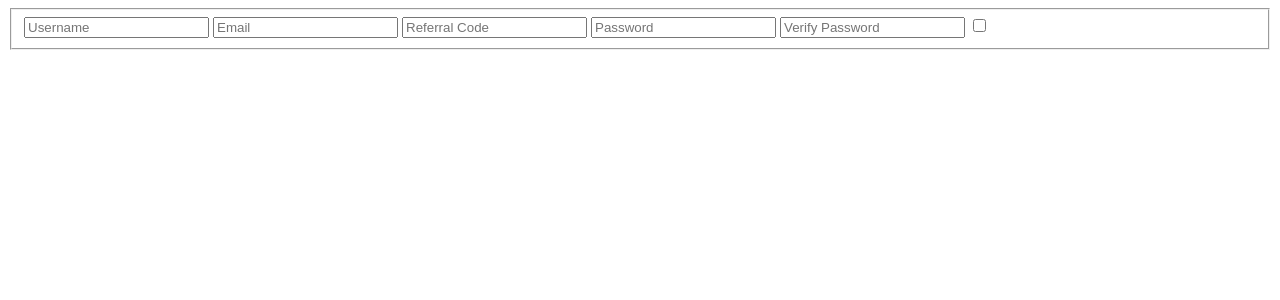
Repository: Malcolmt129/COSC484-assignment1
Page: tueats.html
These files come from the project's save history. The page is drawn as it stood at one moment and after the next save; the edit follows.
The browser window is 1280 px wide. The pictures show the whole page.

Above is the page before, as saved 2023-02-08 15:38:52.

After the next save:
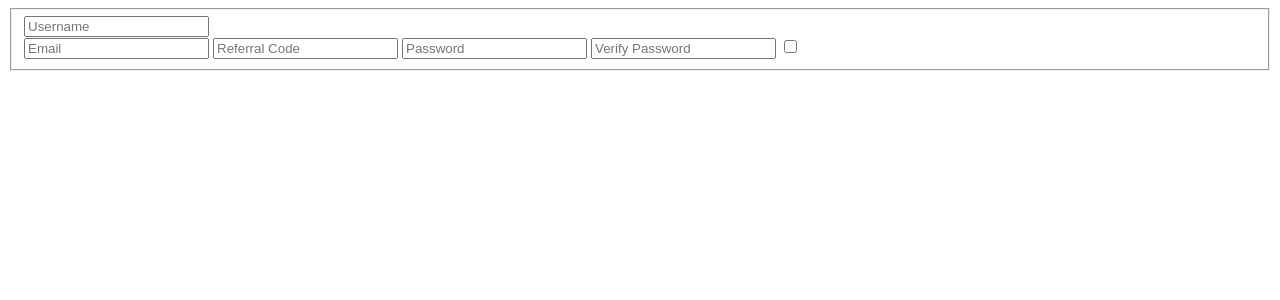
Saved 2 min 57 s later.
--- a/tueats.html
+++ b/tueats.html
@@ -6,7 +6,7 @@
     <body>
         <form method="get" action="tueats_completed.html">
             <fieldset>
-                <input type="text" name="username" placeholder="Username" required />
+                <input type="text" name="username" placeholder="Username" required /><br>
                 <input type="text" name="email" placeholder="Email" required />
                 <input type="text" name="referral code" placeholder="Referral Code" />
                 <input type="password" name="password" placeholder="Password" required>
